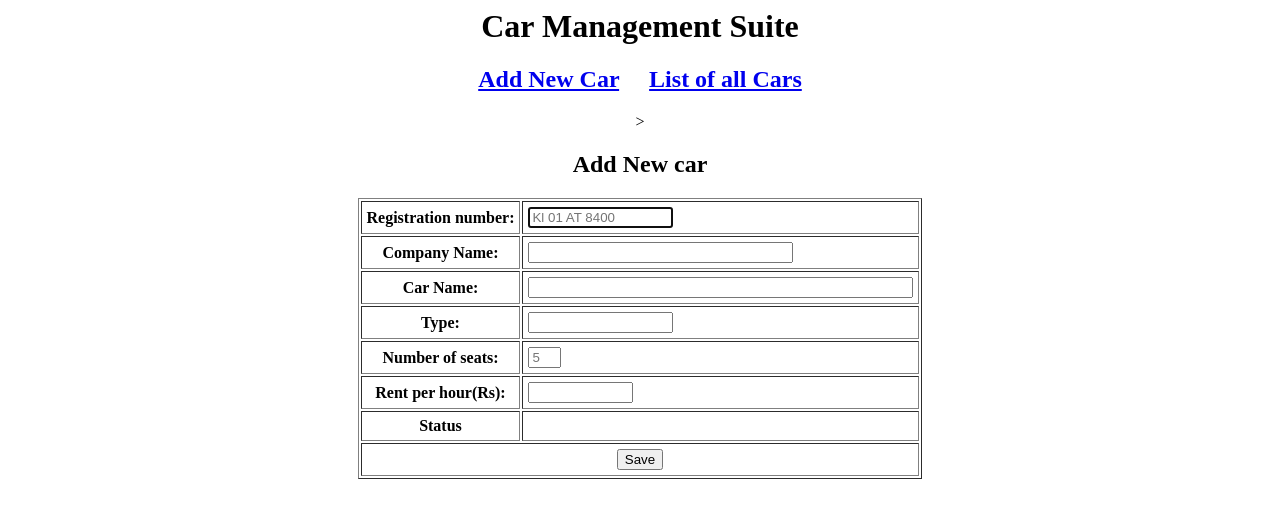
Repository: aforaswin/car-rental
Page: http://localhost/Car_Rental/edit
These files come from the project's save history. The page is drawn as it stood at one moment and after the next save; the edit follows.
The browser window is 1280 px wide. The pictures show the whole page.
The page is served by Tomcat 9. Queries for data that is not in the repository find no rows.

Above is the page before, as saved 2017-09-19 06:36:14.

After the next save:
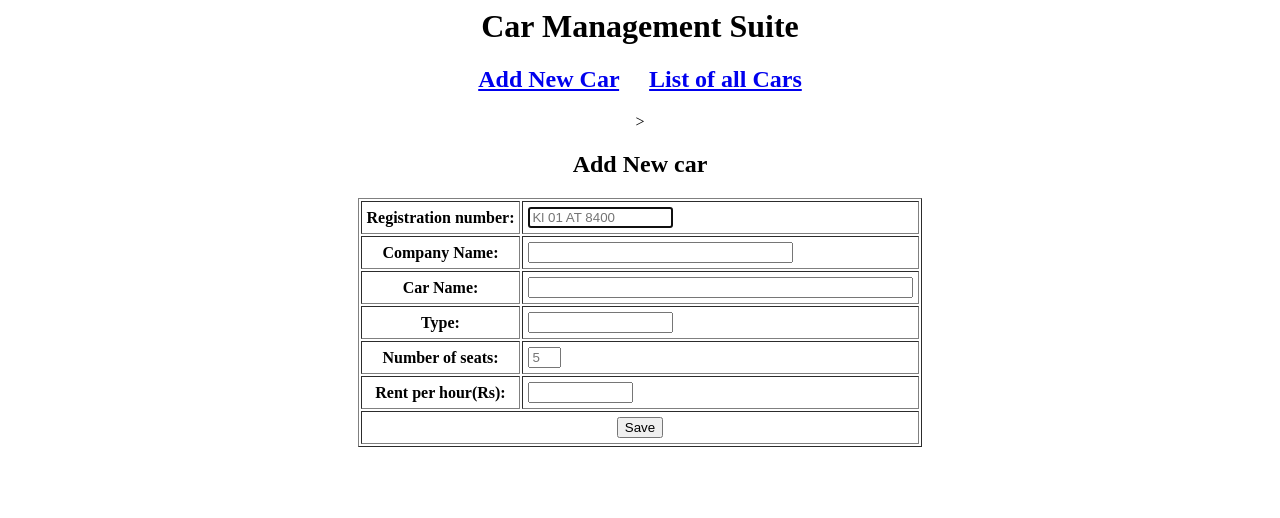
Saved 95 s later.
--- a/Car Rental/WebContent/CarForm.jsp
+++ b/Car Rental/WebContent/CarForm.jsp
@@ -84,12 +84,17 @@
                    required  />
                 </td>
             </tr>
+            <c:if test="${car != null}">
             <tr>
             <th>Status</th>
             <td>
-
+            <input type="text" name="status" size="20"
+                            value="<c:out value='${car.status}' />"
+                   required  />
                             </td>
                             </tr>
+                            </c:if>
+
             <tr>
                 <td colspan="2" align="center">
                     <input type="submit" value="Save" />
